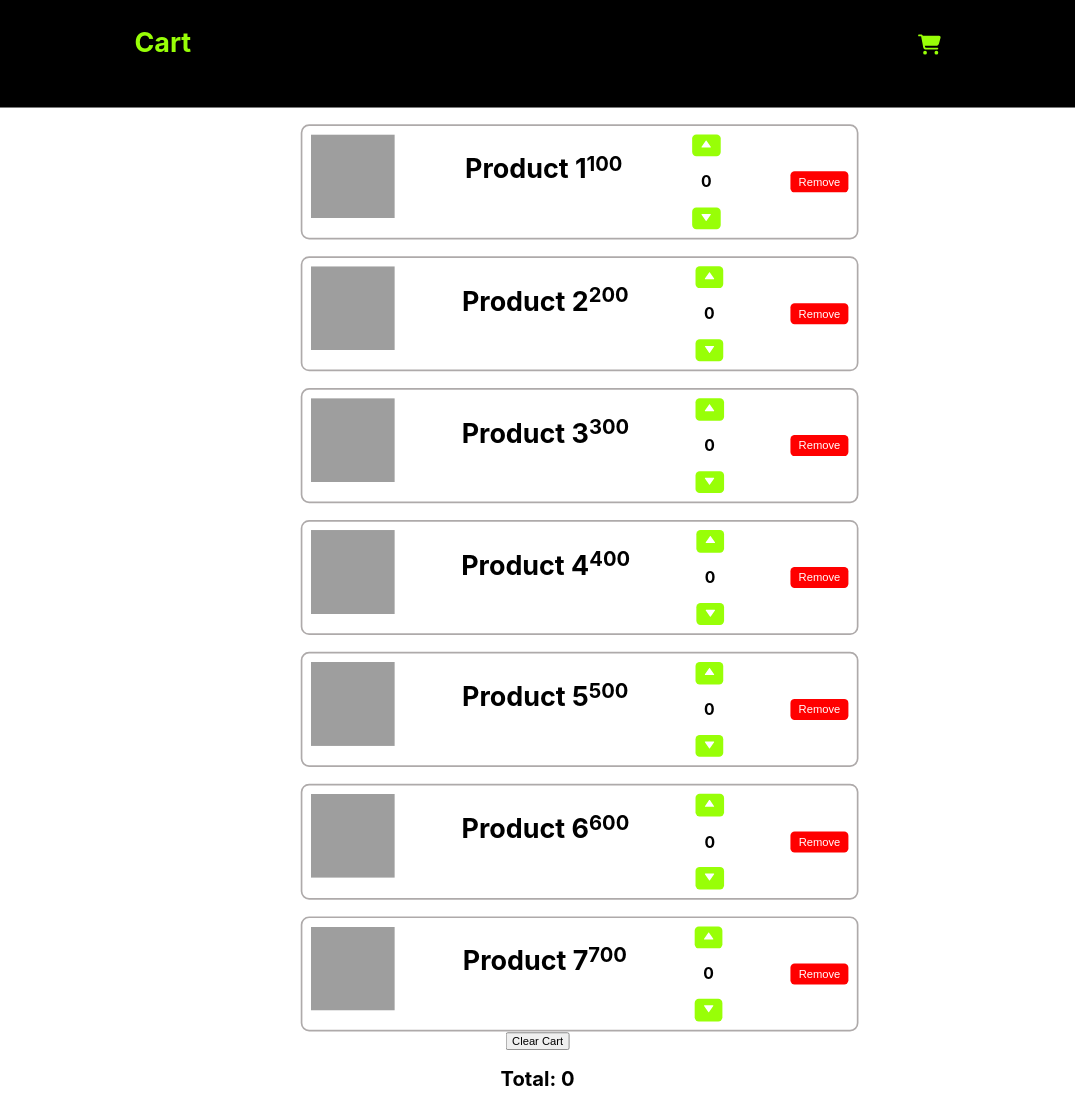
Repository: sriram1224/Cart-react-app
Page: /
These files come from the project's save history. The page is drawn as it stood at one moment and after the next save; the edit follows.
The browser window is 1280 px wide. The pictures show the whole page, at 84% of full size.
Pictures or frames that could not be fetched are drawn as grey boxes. The project was rebuilt for these pictures with package versions that can differ from the ones it lists, and the page was loaded fresh each time.

Above is the page before, as saved 2024-03-12 22:11:56.

### src/App.js
import Nav from "./Components/Nav.js"
import './App.css';
import Cart from './Components/cart.js';
function App() {
  return (
    <div className="App">

      <Cart />
    </div>
  );
}

export default App;

### src/Components/Nav.js
import { FontAwesomeIcon } from '@fortawesome/react-fontawesome';
import { faShoppingCart } from '@fortawesome/free-solid-svg-icons';
import './Navbar.css';

function Navbar({ cartItems }) {
      console.log(cartItems);
    return (

      <div className="nav-container">
      <div className="cart">
          <div className="heading">
              <h1>
              Cart
              </h1>
          </div>
      <h1>
        <div className="cart-icon-container">
          <FontAwesomeIcon icon={faShoppingCart} className="cart-icon" />
          {cartItems > 0 && (
            <span className="cart-count">{cartItems}</span>
          )}
        </div>

      </h1>
    </div>
      </div>
  );
}

export default Navbar;

### src/Components/cart.js
import React, { useState, useEffect } from "react";
import { BiSolidUpArrow, BiSolidDownArrow } from "react-icons/bi";
import Nav from './Nav'
import './cart.css'

function Cart() {
    const [products, setProducts] = useState([
        { id: "1", name: "Product 1", price: 100, quantity: 0, image: "https://images.unsplash.com/photo-1564466809058-bf4114d55352?w=500&auto=format&fit=crop&q=60&ixlib=rb-4.0.3&ixid=M3wxMjA3fDB8MHxzZWFyY2h8MjN8fHByb2R1Y3R8ZW58MHx8MHx8fDA%3D" },
        { id: "2", name: "Product 2", price: 200, quantity: 0, image: "https://images.unsplash.com/photo-1560343090-f0409e92791a?w=500&auto=format&fit=crop&q=60&ixlib=rb-4.0.3&ixid=M3wxMjA3fDB8MHxzZWFyY2h8N3x8cHJvZHVjdHxlbnwwfHwwfHx8MA%3D%3D" },
        { id: "3", name: "Product 3", price: 300, quantity: 0, image: "https://images.unsplash.com/photo-1560343090-f0409e92791a?w=500&auto=format&fit=crop&q=60&ixlib=rb-4.0.3&ixid=M3wxMjA3fDB8MHxzZWFyY2h8N3x8cHJvZHVjdHxlbnwwfHwwfHx8MA%3D%3D" },
        { id: "4", name: "Product 4", price: 400, quantity: 0, image: "https://images.unsplash.com/photo-1542291026-7eec264c27ff?w=500&auto=format&fit=crop&q=60&ixlib=rb-4.0.3&ixid=M3wxMjA3fDB8MHxzZWFyY2h8MTF8fHByb2R1Y3R8ZW58MHx8MHx8fDA%3D" },
        { id: "5", name: "Product 5", price: 500, quantity: 0, image: "https://images.unsplash.com/photo-1553456558-aff63285bdd1?w=500&auto=format&fit=crop&q=60&ixlib=rb-4.0.3&ixid=M3wxMjA3fDB8MHxzZWFyY2h8MTJ8fHByb2R1Y3R8ZW58MHx8MHx8fDA%3D" },
        { id: "6", name: "Product 6", price: 600, quantity: 0, image: "https://images.unsplash.com/photo-1553456558-aff63285bdd1?w=500&auto=format&fit=crop&q=60&ixlib=rb-4.0.3&ixid=M3wxMjA3fDB8MHxzZWFyY2h8MTJ8fHByb2R1Y3R8ZW58MHx8MHx8fDA%3D" },
        { id: "7", name: "Product 7", price: 700, quantity: 0, image: "https://images.unsplash.com/photo-1583394838336-acd977736f90?w=500&auto=format&fit=crop&q=60&ixlib=rb-4.0.3&ixid=M3wxMjA3fDB8MHxzZWFyY2h8MTl8fHByb2R1Y3R8ZW58MHx8MHx8fDA%3D" }
    ]);

    const [total, setTotal] = useState(0);
    const [cartItems, setCartItems] = useState(0);

    useEffect(() => {
        let newCartItems = 0;
        products.forEach(product => {
            newCartItems += product.quantity;
        });
        setCartItems(newCartItems);
    }, [products]);

    const increaseQuantity = (index) => {
        const updatedProducts = [...products];
        updatedProducts[index].quantity++;
        setProducts(updatedProducts);
        updateTotal();
    };

    const decreaseQuantity = (index) => {
        const updatedProducts = [...products];
        if (updatedProducts[index].quantity > 0) {
            updatedProducts[index].quantity--;
            setProducts(updatedProducts);
            updateTotal();
        }
    };

    const updateTotal = () => {
        let newTotal = 0;
        products.forEach((product) => {
            newTotal += product.quantity * product.price;
        });
        setTotal(newTotal);
    };

    const clearCart = () => {
        setProducts([]);
        setTotal(0);
        setCartItems(0);
    };

    const removeFromCart = (index) => {
        const updatedProducts = [...products];
        updatedProducts.splice(index, 1);
        setProducts(updatedProducts);
        updateTotal();
    };

    return (
        <div>
            <Nav cartItems={cartItems} />
            <div className="">
                {products.map((product, index) => {
                    return (
                        <div className="product-container" key={index}>
                            <img src={product.image} alt={product.name} />
                            <div className="text">
                            <h1>{product.name}</h1>
                            <h2>{product.price}</h2></div>
                            <div className="button-quantity">
                                <button onClick={() => increaseQuantity(index)}>
                                    <BiSolidUpArrow />
                                </button>
                                <h3>{product.quantity}</h3>
                                <button onClick={() => decreaseQuantity(index)}>
                                    <BiSolidDownArrow />
                                </button>
                            </div>
                            <div className="rm-button">
                            <button onClick={() => removeFromCart(index)}>Remove</button>
                        </div></div>
                    );
                })}
                <button onClick={clearCart}>Clear Cart</button>
                <h2>Total: {total}</h2>
            </div>
        </div>
    );
}

export default Cart;

### src/Components/Navbar.css
.cart-icon-container {
    position: relative;
    display: inline-block;
}

.cart-icon {
    font-size: 1.5rem;
    color: rgb(152, 255, 7);

}

.cart-count {
    position: absolute;
    top: -10px;

    right: -10px;
    /* Adjust the horizontal positioning */
    background-color: red;
    color: white;
    border-radius: 50%;
    padding: 2px 6px;
    font-size: 0.8rem;
    /* Adjust the font size as needed */
}

.cart{
    display: flex;
    justify-content: space-between;
    margin: 0 10rem;
    align-items: center;
    padding-top: 10px;

}

.heading{
text-align: center;
color: rgb(152, 255, 7);
}

.nav-container{
    width: 100%;
    height: 8rem;
    background-color:rgb(0, 0, 0)
}

### src/Components/cart.css
.product-container{
    display: flex;
    gap: 20px;
    justify-content: space-between;
    width: 50%;
    position: relative;
    left: 28%;
    text-align: center;
    margin-top: 20px;
    border: 2px solid rgb(174, 170, 170);
    padding: 10px;
    border-radius: 10px;
}

.product-container img{
    width: 100px;
    height: 100px;
}
.rm-button{
    display: flex;
    align-items: center;
}
.rm-button button{

    background-color: red;
    color: white;
    border: none;
    padding: 5px 10px;
    border-radius: 5px;
    cursor: pointer;
}

.button-quantity button{
    background-color: rgb(152, 255, 7);
    color: white;
    border: none;
    padding: 5px 10px;
    border-radius: 5px;
    cursor: pointer;
}

.text{

    display: flex;
    text-align: center;

}

Loaded but not shown: public/index.html (common file); src/index.js (common file); src/index.css (common file); src/reportWebVitals.js (common file); src/App.css (common file)

After the next save:
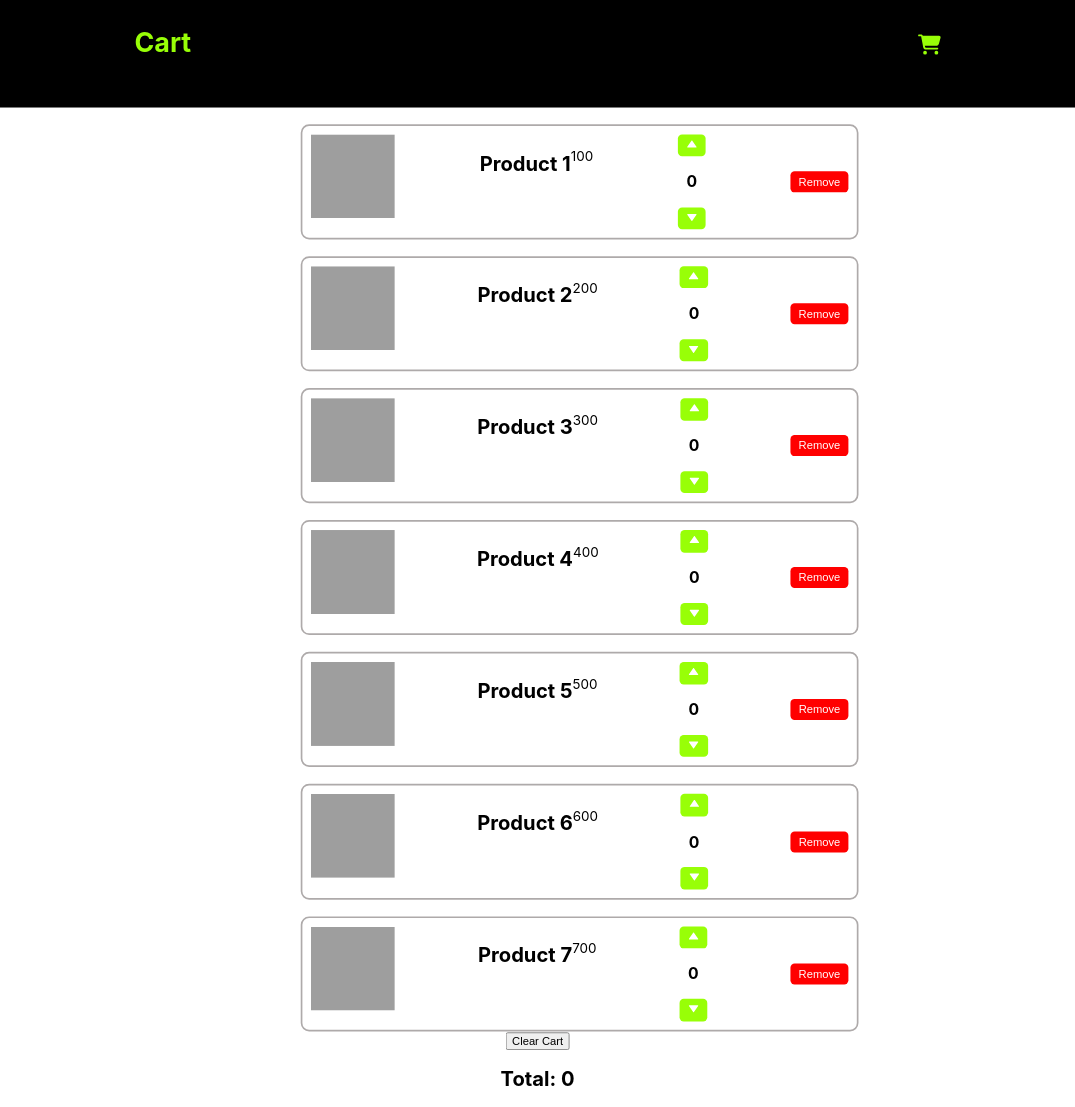
Saved 22 s later.
--- a/src/Components/cart.js
+++ b/src/Components/cart.js
@@ -71,8 +71,8 @@ function Cart() {
                         <div className="product-container" key={index}>
                             <img src={product.image} alt={product.name} />
                             <div className="text">
-                            <h1>{product.name}</h1>
-                            <h2>{product.price}</h2></div>
+                            <h2>{product.name}</h2>
+                            <p>{product.price}</p></div>
                             <div className="button-quantity">
                                 <button onClick={() => increaseQuantity(index)}>
                                     <BiSolidUpArrow />
